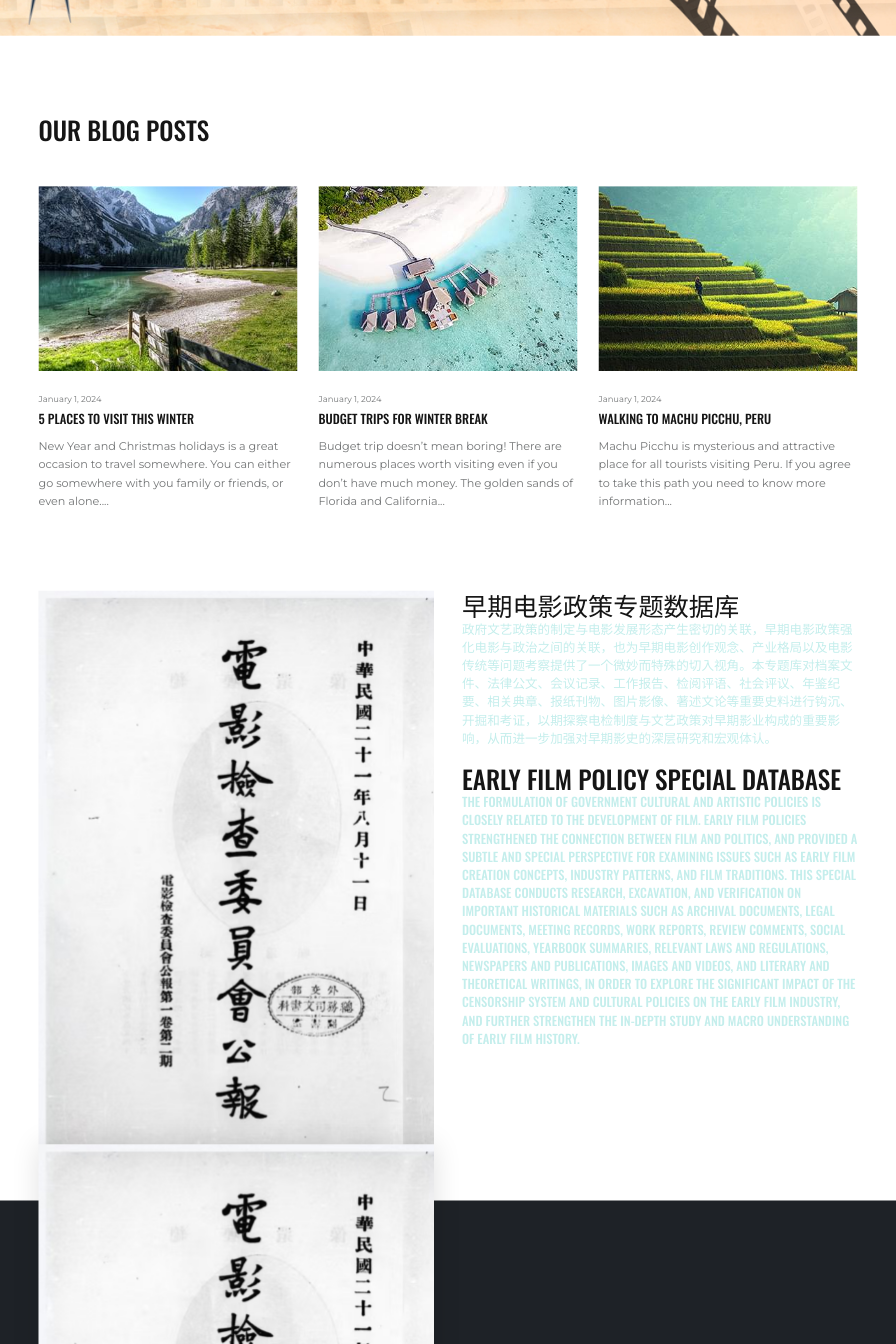
Repository: Jquarker/Modern-Film-Database
Page: index.html
An editor plug-in stored every save of this project. The page is shown before and after the next save, followed by the edit.
The browser window is 1280 px wide. The pictures show the part of the page from y = 4580 to 6500 px (the page is 7119 px tall before and 6459 px after), at 70% of full size.

Above is the page before, as saved 2025-02-21 15:51:50.

After the next save:
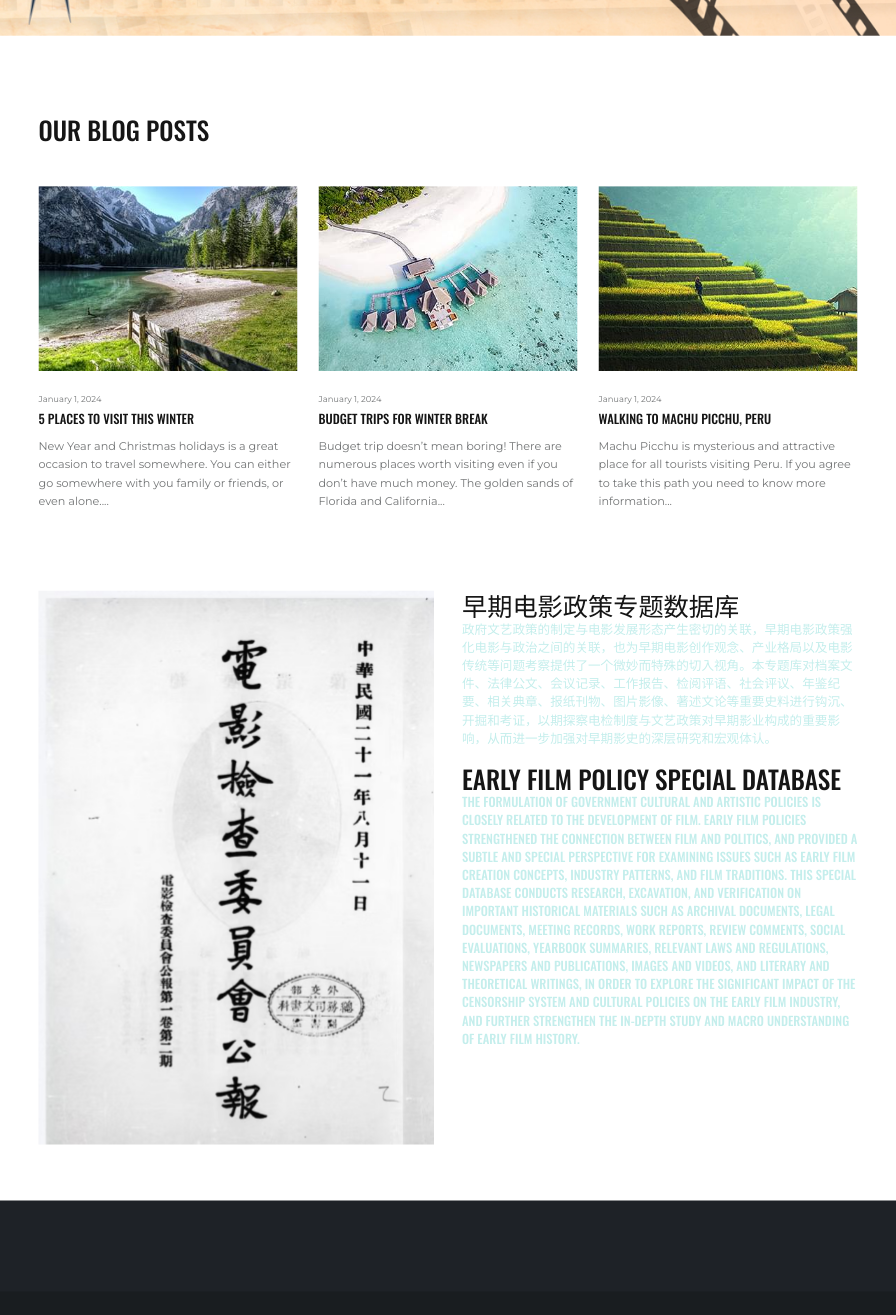
Saved 13 s later.
--- a/index.html
+++ b/index.html
@@ -367,8 +367,6 @@
         <div class="container">
           <div class="row row-narrow-40 row-30">
             <div class="col-lg-6 text-center wow fadeInLeft" data-wow-delay=".1s">
-              <div class="footer-media"><img src="images/part6.jpg" alt="" width="570" height="402"/>
-              </div>
             </div>
             <div class="col-lg-6 wow fadeInRight" data-wow-delay=".2s">
               <div class="footer-classic_subscribe">
